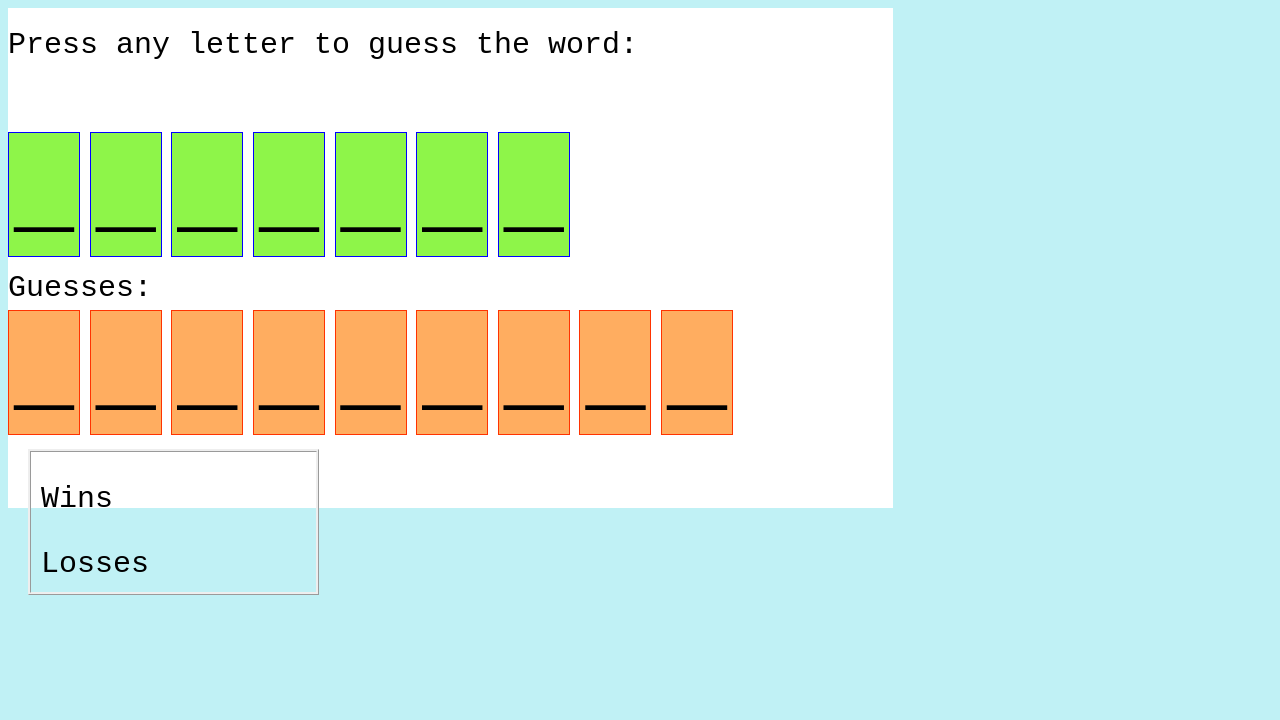
Repository: dsaftler/JavaScript
Page: index.html
An editor plug-in stored every save of this project. The page is shown before and after the next save, followed by the edit.
The browser window is 1280 px wide. The pictures show the whole page.

Above is the page before, as saved 2019-03-30 23:36:36.

### index.html
<!DOCTYPE html>
<html lang="en">
<head>
  <meta charset="UTF-8">
  <meta name="viewport" content="width=device-width, initial-scale=1.0">
  <meta http-equiv="X-UA-Compatible" content="ie=edge">
  <link href="https://fonts.googleapis.com/css?family=Ubuntu+Mono" rel="stylesheet">
  <link rel="stylesheet" href="assets\css\style.css">

  <title>JavaScript Hangman Game</title>
</head>
<body>
    <div class="container">
        <div class="instructions showtext">Press any letter to guess the word: </div>

         <div class="showtext" id="correctWord" ></div>



         <div class="letter match" id="chr_0">_</div>
         <div class="letter match" id="chr_1">_</div>
         <div class="letter match" id="chr_2">_</div>
         <div class="letter match" id="chr_3">_</div>
         <div class="letter match" id="chr_4">_</div>
         <div class="letter match" id="chr_5">_</div>
         <div class="letter match" id="chr_6">_</div>


        <div class="showtext" id="showRemaining">Guesses: </div>

        <div class="letter guessed" id="guess_0">_</div>
        <div class="letter guessed" id="guess_1">_</div>
        <div class="letter guessed" id="guess_2">_</div>
        <div class="letter guessed" id="guess_3">_</div>
        <div class="letter guessed" id="guess_4">_</div>
        <div class="letter guessed" id="guess_5">_</div>
        <div class="letter guessed" id="guess_6">_</div>
        <div class="letter guessed" id="guess_7">_</div>
        <div class="letter guessed" id="guess_8">_</div>


      <div class="score">
      <div class="showtext" id="showWins">Wins</div>
      <div class="showtext" id="showLosses">Losses</div>

    </div>

    <script type="text/javascript" src="assets/javascript/game.js"></script>


</body>
</html>

### assets/css/style.css
body {font-family: 'Ubuntu+Mono',monospace, sans-serif;
  font-weight: 400;
  background-color: rgb(192, 241, 245);
  height: 600px;
}
.container {width:70%;
  max-width: 960px;

 /* background-image: "url('assets/images/Hangman.png')";  */
 background-color: white;
 height:500px;
 }
 .showtext {height:35px;
  padding: 20px 0 10px;
  font-size: 30px;
 }
.letter {font-size: 100px;
  display: inline;
  padding: 5px;}
.match {
  border: 1px solid blue;
  background-color: rgb(142, 245, 73)}
.guessed {
  font-weight: 100;
  border: 1px solid #ff3300;
  background-color: rgb(255, 173, 96)}
.floater {

}
.score{
  margin-top: 20px;
  margin-left: 20px;
  padding:10px;
  height:120px;
  width: 30%;
  border-style: ridge}

### assets/javascript/game.js

// Variables
var wordArr
var cntWins,
  curCntGuess,
  ltr_0,
  ltr_1,
  ltr_2,
  ltr_3,
  ltr_4,
  ltr_5,
  ltr_6;

 var ltrTried_0,
  ltrTried_1,
  ltrTried_2,
  ltrTried_3,
  ltrTried_4,
  ltrTried_5,
  ltrTried_6,
  ltrTried_7,
  ltrTried_8,
  ltrTried_9 ;

var maxGuesses=9,
   cntWins=0,
   cntLosses=0;
var userGuess;
// within the game
// while wordArr.length>0
//while (wordArr.length>0) {
var curPtr,curCntGuess,
  curLetter,curWord,myWord,
  badGuess, curWordArr,builtWord,
  isFound,
  curPtr=0,
  firstTime=true;

  console.log('firstTime:' +firstTime)
  wordArr= ["unicorn","griffin","dragon","mermaid","centaur","pegasus"];
initGame();

document.onkeydown = function(event){
  isFound=false
  // Determines which key was pressed.
  var userGuess = event.key;
  userGuess=userGuess.toLowerCase()
  console.log("userGuess: "+userGuess);
  // is userGuess already in badGuess
  //showValue("curGuess",userGuess);

  for (let i=0; i<badGuess.length; i++) {
        //See if that letter was already chosen by parsing badGuess
    if (badGuess[i]===userGuess){
      //alert("You alread guessed "+userGuess)
      isFound=true
    }
  }
                //see if it's in the target word
                // for every letter in curWord, see if that letter exists at that index  charAt(index)
  console.log("curWordArr "+curWordArr)
  if (!isFound)
  {
    for (let i=0; i<curWordArr.length; i++)
    {
                  //if index [j]is blank and matches our guess

      if (curWordArr[i]===userGuess)
      {
        console.log("curWordArr "+i+'='+curWordArr[i])
        builtWord[i]=userGuess
                 //set getElementId for that index (see if I can create a variable "ltr_"+(toString([j]))
        //id="chr_0"
        el='chr_'+i
        showValue(el,userGuess)
        //getElementById(el).textContent:userGuess;
        isFound=true
      }
    }
  }
  if (!isFound)
  {
    el="guess_"+badGuess.length;
    showValue(el,userGuess)  ;
    // push to badGuess
      badGuess.push(userGuess);
      console.log("badGuess: "+badGuess)
      curCntGuess++
      console.log("curCntGuess :" +curCntGuess)
      // push content for ltrTried ids
      // show content for badguesses
  }



  if (curCntGuess>=maxGuesses){
      //alert('You lost')
      cntLosses++;
      showValue("showLosses","Losses   "+cntLosses)
      showValue("correctWord","The Word was  "+curWord)
      nextWord()
  } else {
    if (collapseArray()===curWord){
      //alert("You won")
      cntWins++;
      showValue("showWins","Wins   "+cntWins)
      showValue("correctWord","The Word was  "+curWord)

      nextWord()
    } else {
      myWord=''
    }
  }

}


function initGame(){
  allLetters = document.querySelectorAll('.letter');
  allLetters.forEach(element => {
    element.textContent = '_';
  });
  curCntGuess = 0;
  curLetter="";
  curWord="";
  myWord="";
  badGuess = [];
  curWordArr=[];
  builtWord=[];
  console.log("WordArr aft: "+wordArr)
  console.log("wordArr.length: "+wordArr.length)
  curPtr=getRandomPtr(wordArr.length); //0
  console.log("curPtr: "+curPtr)
  //curWordArr = array the word at that index
  curWord=wordArr[curPtr];   //unicorn
  console.log("curWord: "+curWord)
  for (let i=0; i<curWord.length; i++){
    myLetter=curWord.charAt([i]);
    //console.log(myLetter);
    curWordArr.push(myLetter);
  }
  //clear the ltrTried & ltr elements
  //console.log(curPtr);
  //console.log(curWord);
  console.log("curWordArr "+curWordArr)
}

function nextWord(){
  console.log("Word Arr b4: " +wordArr)
  wordArr.splice(curPtr,1)
  if (wordArr.length===0){
    //alert("End of Game")
  }else{
    initGame()
  }
}
function showValue(thisId,thisValue){
  var target=document.getElementById(thisId);
  console.log(thisValue)
  console.log(thisId)
  target.innerHTML=thisValue;
}
function addValue(thisId,thisValue){
  var target=document.getElementById(thisId);
  target.innerHTML=target.innerHTML+"      " +thisValue;
}
function collapseArray(){

  for (let k=0; k<builtWord.length; k++) {
    localVal=builtWord[k]
    if (typeof(localVal)!='undefined') {
   // console.log("myWord length: "+myWord.length+ " K is "+localVal)
    myWord=myWord+localVal
   //console.log("myWord "+myWord)
    }
  }
  return myWord
}


function getUserGuess() {
  var userGuess= document.getElementById("getKeyPress");
  userGuess=userGuess.toLowerCase();


  }



function getRandomPtr(max) {
      return Math.floor(Math.random() * Math.floor(max));
      // this will return 0 through max-1
}
function getRandomInt(max) {
  return getRandomPtr(max)+1
  // this will return 1 through max
}

After the next save:
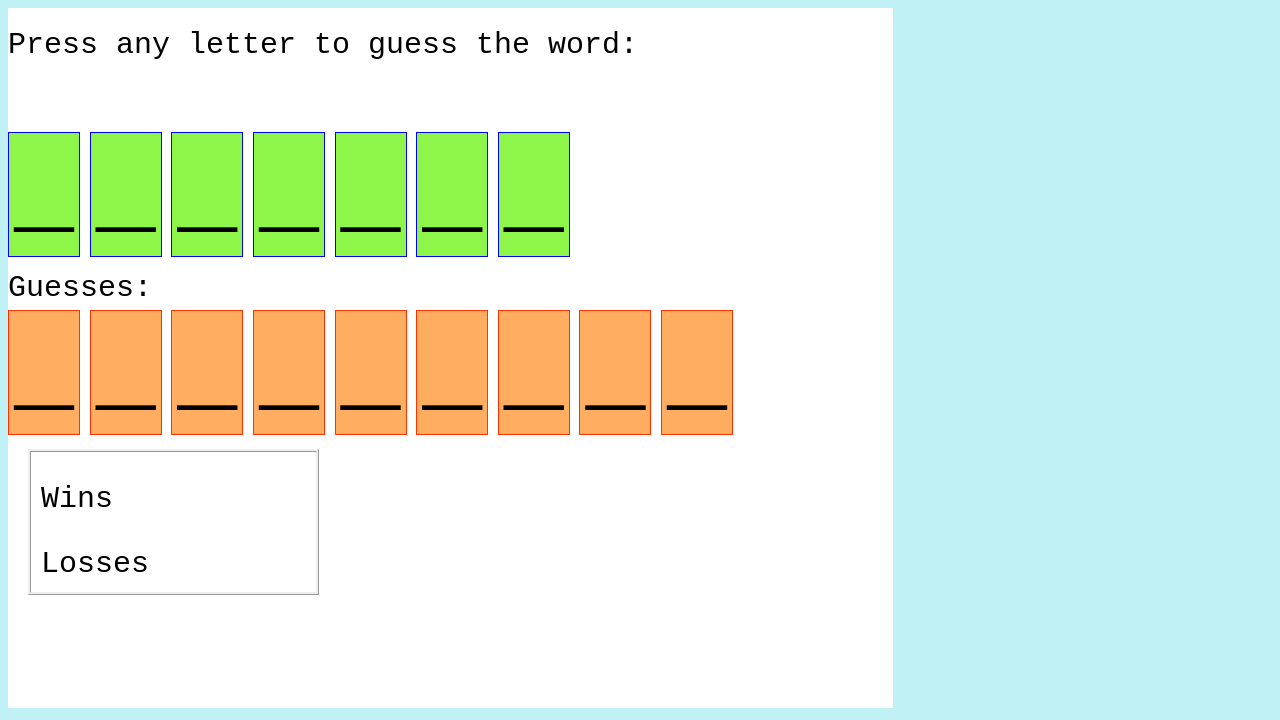
Saved 44 s later.
--- a/assets/css/style.css
+++ b/assets/css/style.css
@@ -8,7 +8,7 @@ body {font-family: 'Ubuntu+Mono',monospace, sans-serif;
 
  /* background-image: "url('assets/images/Hangman.png')";  */
  background-color: white;
- height:500px;
+ height:700px;
  }
  .showtext {height:35px;
   padding: 20px 0 10px;
